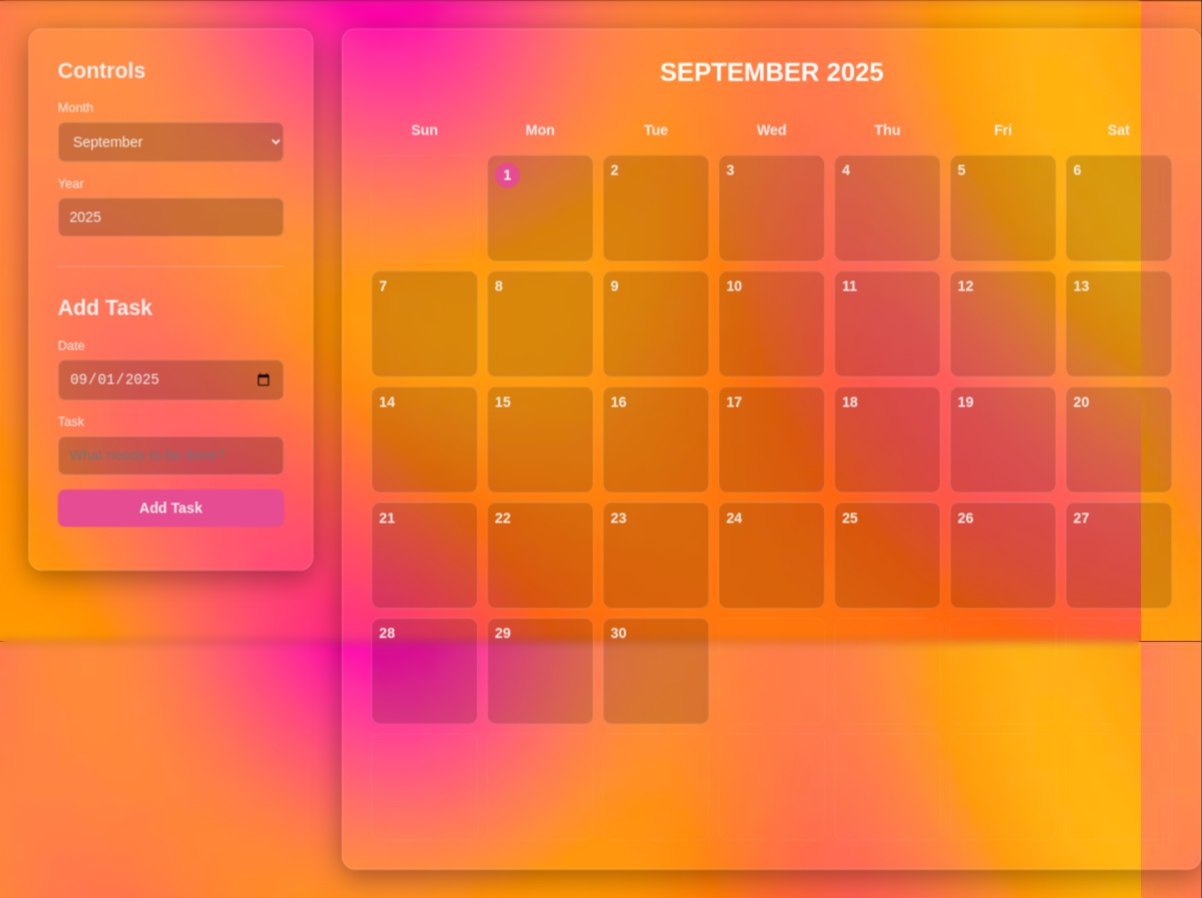
Repository: TanujaNair03/ToDo
Page: static/index.html
These files come from the project's save history. The page is drawn as it stood at one moment and after the next save; the edit follows.
The browser window is 1280 px wide. The page is 1350 px wide, then 1280 px, then 1350 px, so the pictures cover 1350 px, including what lies to the right of the window. The pictures show the whole page, at 89% of full size.
The page's requests for data from a server got no answer. Backgrounds fixed to the window are drawn as part of the page.

Above is the page before, as saved 2025-09-01 16:16:10.

After the next save:
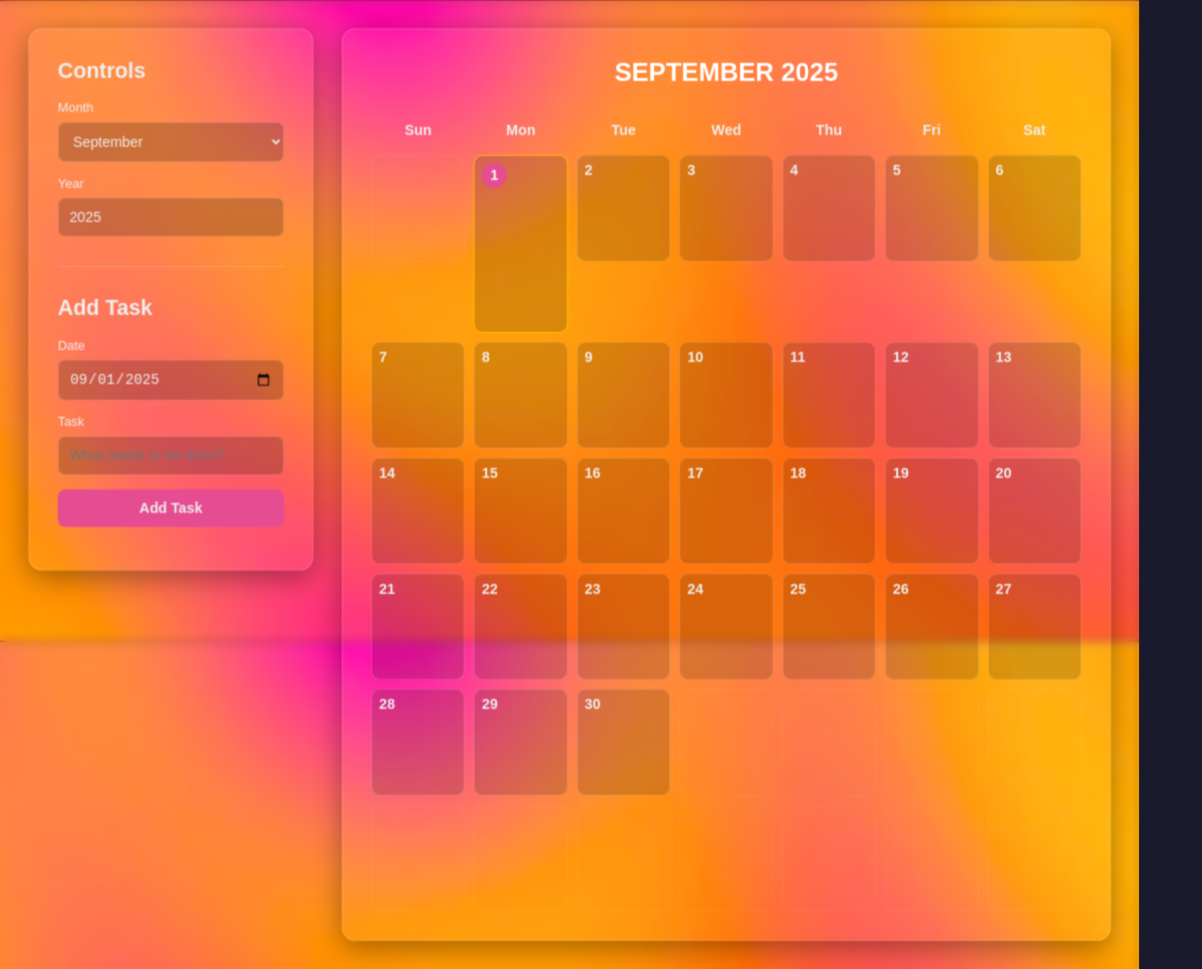
Saved 95 s later.
--- a/static/index.html
+++ b/static/index.html
@@ -93,7 +93,6 @@
 
         .day-cell {
             height: 120px;
-            width: 120px;
             overflow: hidden;
             padding: 8px;
             background: rgba(0, 0, 0, 0.15);
@@ -101,13 +100,8 @@
             border-radius: 10px;
             transition: transform 0.3s ease, background 0.3s ease, height 0.3s ease;
             cursor: pointer;
-            /* --- FIX 1 --- */
-            /* Flexbox properties removed from here */
-        }
-
-        /* --- FIX 1 (CONTINUED) --- */
-        /* This new rule targets the direct div inside .day-cell and makes IT the flex container. */
-        /* This is necessary because of the v-if="day.date" wrapper div. */
+        }
+
         .day-cell > div {
             display: flex;
             flex-direction: column;
@@ -117,6 +111,13 @@
         .day-cell:hover {
             transform: translateY(-5px);
             background: rgba(255, 255, 255, 0.1);
+        }
+
+        /* --- NEW --- */
+        /* This rule makes the current day's cell larger by default */
+        .day-cell.today-cell {
+            height: 200px; /* Changed from 120px to 200px */
+            border: 1px solid var(--accent-secondary); /* Adds a yellow border to highlight it */
         }
 
         .day-cell.expanded {
@@ -127,9 +128,6 @@
             transform: scale(1.05);
             z-index: 10;
             box-shadow: 0 12px 40px rgba(0, 0, 0, 0.5);
-            /* --- FIX 2 --- */
-            /* Changed from 'visible' to 'hidden'. This forces the container to respect its */
-            /* max-height and allows the child element's scrollbar to activate. */
             overflow: hidden;
         }
 
@@ -212,7 +210,11 @@
             <div class="day-header" v-for="day in dayNames">{{ day }}</div>
             <div v-for="day in calendarDays"
                  class="day-cell"
-                 :class="{'other-month': !day.isCurrentMonth, 'expanded': day.dateStr === expandedDateStr}"
+                 :class="{
+                    'other-month': !day.isCurrentMonth,
+                    'expanded': day.dateStr === expandedDateStr,
+                    'today-cell': day.isToday
+                 }"
                  @click="toggleExpandDay(day.dateStr)">
                 <div v-if="day.date">
                     <div class="day-number" :class="{'today': day.isToday}">{{ day.date.getDate() }}</div>
@@ -245,6 +247,7 @@
 </div>
 <script src="https://unpkg.com/vue@3/dist/vue.global.js"></script>
 <script>
+    // NO CHANGES IN THE SCRIPT TAG
     const { createApp, ref, computed, onMounted } = Vue;
     const focusDirective = { mounted(el) { el.focus(); } };
     createApp({

After the save that followed:
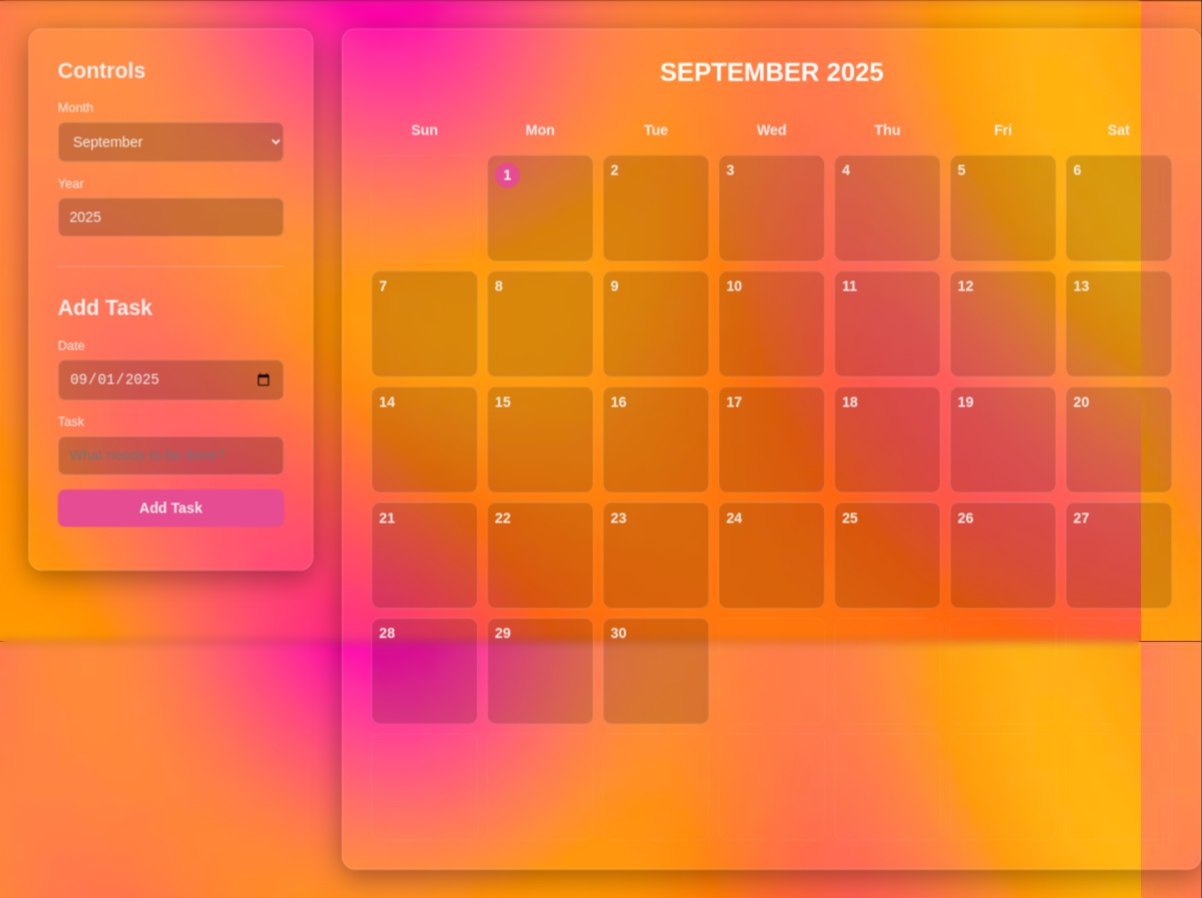
Saved 14 s later.
--- a/static/index.html
+++ b/static/index.html
@@ -93,6 +93,7 @@
 
         .day-cell {
             height: 120px;
+            width: 120px;
             overflow: hidden;
             padding: 8px;
             background: rgba(0, 0, 0, 0.15);
@@ -100,8 +101,13 @@
             border-radius: 10px;
             transition: transform 0.3s ease, background 0.3s ease, height 0.3s ease;
             cursor: pointer;
-        }
-
+            /* --- FIX 1 --- */
+            /* Flexbox properties removed from here */
+        }
+
+        /* --- FIX 1 (CONTINUED) --- */
+        /* This new rule targets the direct div inside .day-cell and makes IT the flex container. */
+        /* This is necessary because of the v-if="day.date" wrapper div. */
         .day-cell > div {
             display: flex;
             flex-direction: column;
@@ -111,13 +117,6 @@
         .day-cell:hover {
             transform: translateY(-5px);
             background: rgba(255, 255, 255, 0.1);
-        }
-
-        /* --- NEW --- */
-        /* This rule makes the current day's cell larger by default */
-        .day-cell.today-cell {
-            height: 200px; /* Changed from 120px to 200px */
-            border: 1px solid var(--accent-secondary); /* Adds a yellow border to highlight it */
         }
 
         .day-cell.expanded {
@@ -128,6 +127,9 @@
             transform: scale(1.05);
             z-index: 10;
             box-shadow: 0 12px 40px rgba(0, 0, 0, 0.5);
+            /* --- FIX 2 --- */
+            /* Changed from 'visible' to 'hidden'. This forces the container to respect its */
+            /* max-height and allows the child element's scrollbar to activate. */
             overflow: hidden;
         }
 
@@ -210,11 +212,7 @@
             <div class="day-header" v-for="day in dayNames">{{ day }}</div>
             <div v-for="day in calendarDays"
                  class="day-cell"
-                 :class="{
-                    'other-month': !day.isCurrentMonth,
-                    'expanded': day.dateStr === expandedDateStr,
-                    'today-cell': day.isToday
-                 }"
+                 :class="{'other-month': !day.isCurrentMonth, 'expanded': day.dateStr === expandedDateStr}"
                  @click="toggleExpandDay(day.dateStr)">
                 <div v-if="day.date">
                     <div class="day-number" :class="{'today': day.isToday}">{{ day.date.getDate() }}</div>
@@ -247,7 +245,6 @@
 </div>
 <script src="https://unpkg.com/vue@3/dist/vue.global.js"></script>
 <script>
-    // NO CHANGES IN THE SCRIPT TAG
     const { createApp, ref, computed, onMounted } = Vue;
     const focusDirective = { mounted(el) { el.focus(); } };
     createApp({
